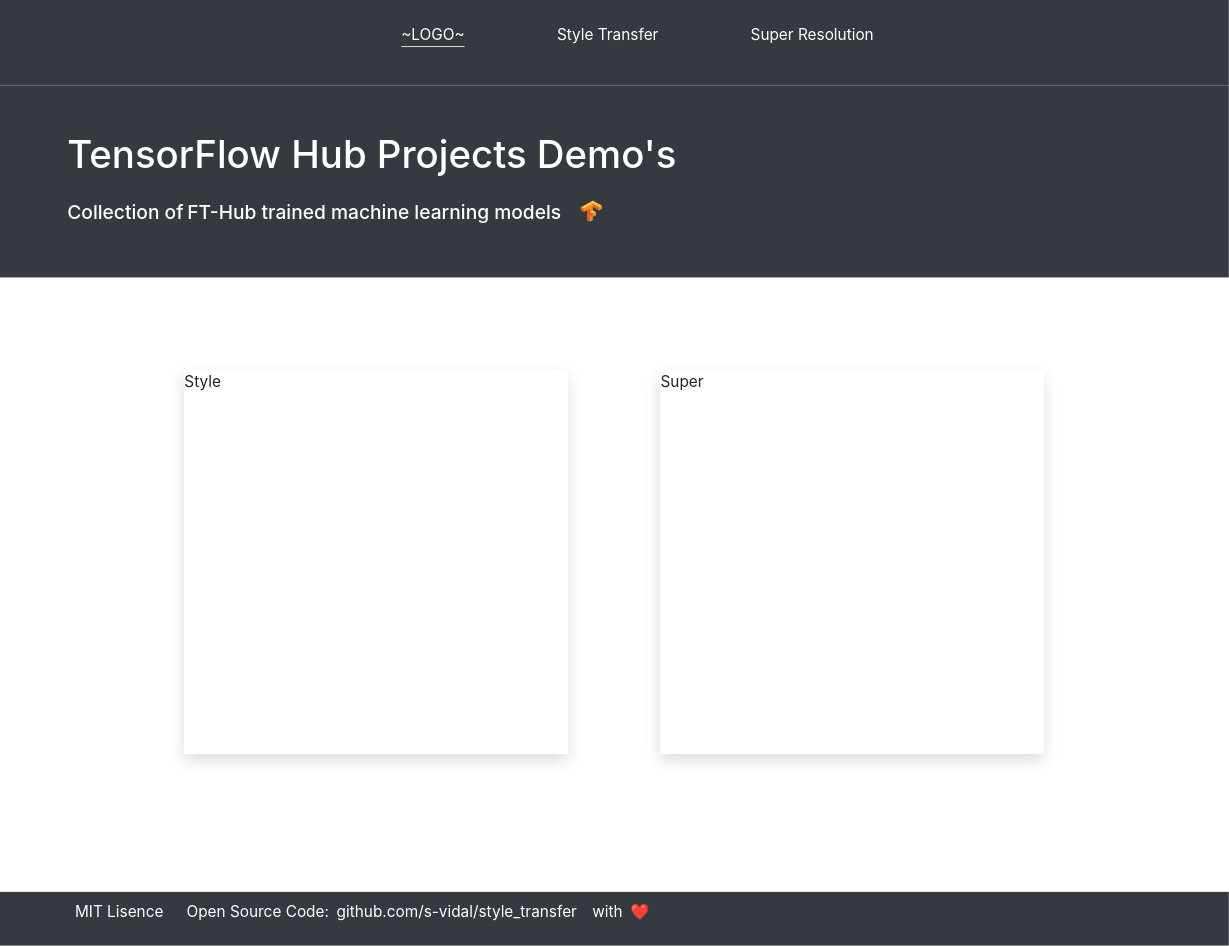
Repository: s-vidal/style_transfer
Page: / (app in client/)
These files come from the project's save history. The page is drawn as it stood at one moment and after a run of saves; the edit follows.
The browser window is 1280 px wide. The pictures show the whole page, at 96% of full size.
The page's requests for data from a server got no answer. The project was rebuilt for these pictures with package versions that can differ from the ones it lists, and the page was loaded fresh each time. A package was used in the major version that the imports need, not the one package.json lists. No one was signed in, and anything a server would have sent is missing. Also part of the build but not shown: client/src/components/DropZone.jsx, client/src/lib/api.js, client/src/components/Inference.jsx, client/src/components/Header.jsx, client/src/pages/StyleTransfer.jsx, client/src/pages/SuperResolution.jsx.

Above is the page before, as saved 2020-09-30 14:27:18.

### client/public/index.html
<!DOCTYPE html>
<html lang="en">
  <head>
    <meta charset="utf-8" />
    <link rel="icon" href="%PUBLIC_URL%/favicon.ico" />
    <meta name="viewport" content="width=device-width, initial-scale=1" />
    <meta name="theme-color" content="#000000" />
    <meta
      name="description"
      content="Web site created using create-react-app"
    />
    <link rel="apple-touch-icon" href="%PUBLIC_URL%/logo192.png" />
    <!--
      manifest.json provides metadata used when your web app is installed on a
      user's mobile device or desktop. See https://developers.google.com/web/fundamentals/web-app-manifest/
    -->
    <link rel="manifest" href="%PUBLIC_URL%/manifest.json" />
    <!--
      Notice the use of %PUBLIC_URL% in the tags above.
      It will be replaced with the URL of the `public` folder during the build.
      Only files inside the `public` folder can be referenced from the HTML.

      Unlike "/favicon.ico" or "favicon.ico", "%PUBLIC_URL%/favicon.ico" will
      work correctly both with client-side routing and a non-root public URL.
      Learn how to configure a non-root public URL by running `npm run build`.
    -->
    <!-- CSS only -->
    <link
      rel="stylesheet"
      href="https://stackpath.bootstrapcdn.com/bootstrap/4.5.2/css/bootstrap.min.css"
      integrity="sha384-JcKb8q3iqJ61gNV9KGb8thSsNjpSL0n8PARn9HuZOnIxN0hoP+VmmDGMN5t9UJ0Z"
      crossorigin="anonymous"
    />
    <title>React App</title>
  </head>
  <body>
    <noscript>You need to enable JavaScript to run this app.</noscript>
    <div id="root"></div>
    <!--
      This HTML file is a template.
      If you open it directly in the browser, you will see an empty page.

      You can add webfonts, meta tags, or analytics to this file.
      The build step will place the bundled scripts into the <body> tag.

      To begin the development, run `npm start` or `yarn start`.
      To create a production bundle, use `npm run build` or `yarn build`.
    -->
    <!-- JS, Popper.js, and jQuery -->
    <script
      src="https://code.jquery.com/jquery-3.5.1.slim.min.js"
      integrity="sha384-DfXdz2htPH0lsSSs5nCTpuj/zy4C+OGpamoFVy38MVBnE+IbbVYUew+OrCXaRkfj"
      crossorigin="anonymous"
    ></script>
    <script
      src="https://cdn.jsdelivr.net/npm/popper.js@1.16.1/dist/umd/popper.min.js"
      integrity="sha384-9/reFTGAW83EW2RDu2S0VKaIzap3H66lZH81PoYlFhbGU+6BZp6G7niu735Sk7lN"
      crossorigin="anonymous"
    ></script>
    <script
      src="https://stackpath.bootstrapcdn.com/bootstrap/4.5.2/js/bootstrap.min.js"
      integrity="sha384-B4gt1jrGC7Jh4AgTPSdUtOBvfO8shuf57BaghqFfPlYxofvL8/KUEfYiJOMMV+rV"
      crossorigin="anonymous"
    ></script>
  </body>
</html>

### client/src/App.js
import React from "react";
import {BrowserRouter as Router, Switch, Route} from "react-router-dom";
import "./App.css";
import StyleTransfer from "./pages/StyleTransfer";
import SuperResolution from "./pages/SuperResolution";
import Footer from "./components/Footer";
import NavBar from "./components/NavBar";
import HomePage from "./pages/HomePage";

function App() {
  return (
    <div>
      <Router>
        <NavBar />
        <Switch>
          <Route path="/super-resolution">
            <SuperResolution />
          </Route>
          <Route path="/style-transfer">
            <StyleTransfer />
          </Route>
          <Route path="/">
            <HomePage />
          </Route>
        </Switch>
        <Footer />
      </Router>
    </div>
  );
}

export default App;

### client/src/App.css
.vh-59 {
  min-height: 58.6vh;
}

.italic {
  font-style: italic;
}

### client/src/components/Footer.jsx
import React from "react";

const Footer = () => {
  return (
    <div className="text-white bg-dark">
      <div className="container mt-5">
        <div className="row p-2 mt-4">
          <p className="mr-4">MIT Lisence</p>
          <p>Open Source Code:</p>
          <a
            className="ml-2 text-white"
            href="https://github.com/s-vidal/style_transfer"
          >
            <span>github.com/s-vidal/style_transfer</span>
          </a>
          <p className="ml-3 mr-1"> with </p>
          <span role="img" aria-label="emoji" className="ml-1">
            ❤️
          </span>
        </div>
      </div>
    </div>
  );
};

export default Footer;

### client/src/components/NavBar.jsx
import React, {useState, useEffect} from "react";
import {Link, useLocation} from "react-router-dom";
import "./NavBar.css";

const NavBar = () => {
  const [currentPage, setCurrentPage] = useState("");
  const location = useLocation();

  useEffect(() => {
    const currentPath = location.pathname;
    setCurrentPage(currentPath.substring(1));
  }, [location]);

  return (
    <nav className="navbar navbar-expand-lg d-flex justify-content-center bg-dark pt-3 pb-3">
      <ul className="navbar-nav">
        <li className="nav-item">
          <Link className="nav-link pl-5 pr-5" to={"/"}>
            <div className="ml-5 ">
              <p
                className={
                  currentPage === ""
                    ? "text-white nav-text active border-bottom"
                    : "text-white nav-text"
                }
              >
                ~LOGO~
              </p>
            </div>
          </Link>
        </li>
        <li className="nav-item">
          <Link
            className="nav-link pl-5 pr-5 text-white"
            to={"/style-transfer"}
          >
            <p
              className={
                currentPage === "style-transfer"
                  ? "text-white nav-text active border-bottom"
                  : "text-white nav-text"
              }
            >
              Style Transfer
            </p>
          </Link>
        </li>
        <li className="nav-item active">
          <Link
            className="nav-link pl-5 pr-5 text-white"
            to={"/super-resolution"}
          >
            <p
              className={
                currentPage === "super-resolution"
                  ? "text-white nav-text active border-bottom"
                  : "text-white nav-text"
              }
            >
              Super Resolution
            </p>
          </Link>
        </li>
      </ul>
    </nav>
  );
};

export default NavBar;

### client/src/pages/HomePage.jsx
import React from "react";
import "../components/HomePage.css";

const HomePage = () => {
  return (
    <>
      <div className="bg-dark text-white p-4 pt-5 pb-5">
        <div className="container">
          <div className="row">
            <h1>TensorFlow Hub Projects Demo's</h1>
          </div>
          <div className="row mt-3">
            <h5>Collection of</h5>
            <a
              href="https://tfhub.dev/google/magenta/arbitrary-image-stylization-v1-256/2"
              className="pl-1 pr-1 text-white"
            >
              <h5>FT-Hub trained machine learning models</h5>
            </a>
            <img
              className="ml-3"
              src={require("../img/tf_logo.png")}
              alt="tf"
              width="22"
              height="22"
            ></img>
          </div>
        </div>
      </div>
      <div className="vh-59 p-5 pb-0">
        <div className="container">
          <div className="row d-flex justify-content-center">
            <div className="home-item shadow m-5">Style</div>
            <div className="home-item shadow m-5">Super</div>
          </div>
        </div>
      </div>
    </>
  );
};

export default HomePage;

### client/src/components/NavBar.css
.nav-text:hover {
  border-bottom: 1px solid white;
}

### client/src/components/HomePage.css
.home-item {
  min-width: 400px;
  min-height: 400px;
}

Loaded but not shown: client/src/index.js (common file); client/src/index.css (common file); client/src/serviceWorker.js (common file)

After the next 2 saves:
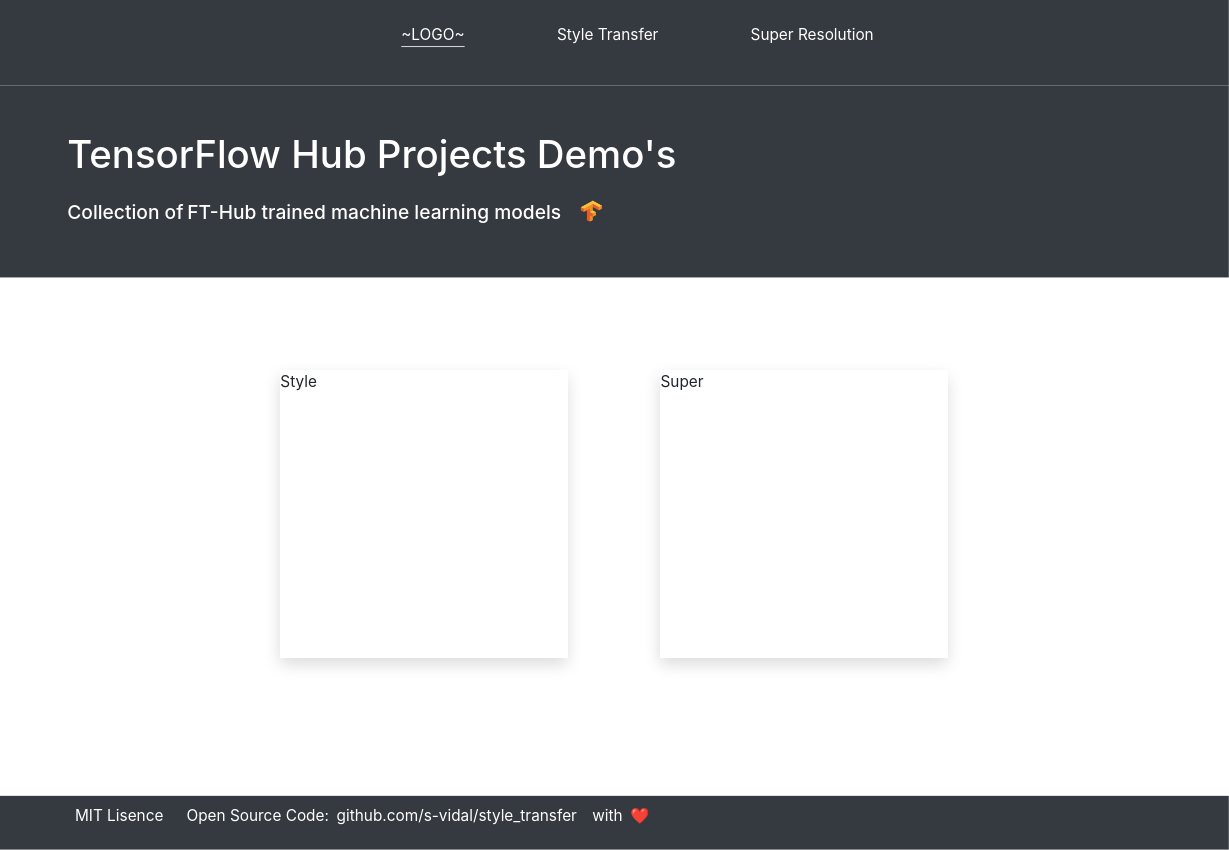
The 2 saves are shown as one change because they came seconds apart.
The last was saved 32 s later.
--- a/client/src/components/HomePage.css
+++ b/client/src/components/HomePage.css
@@ -1,4 +1,4 @@
 .home-item {
-  min-width: 400px;
-  min-height: 400px;
+  min-width: 300px;
+  min-height: 300px;
 }
